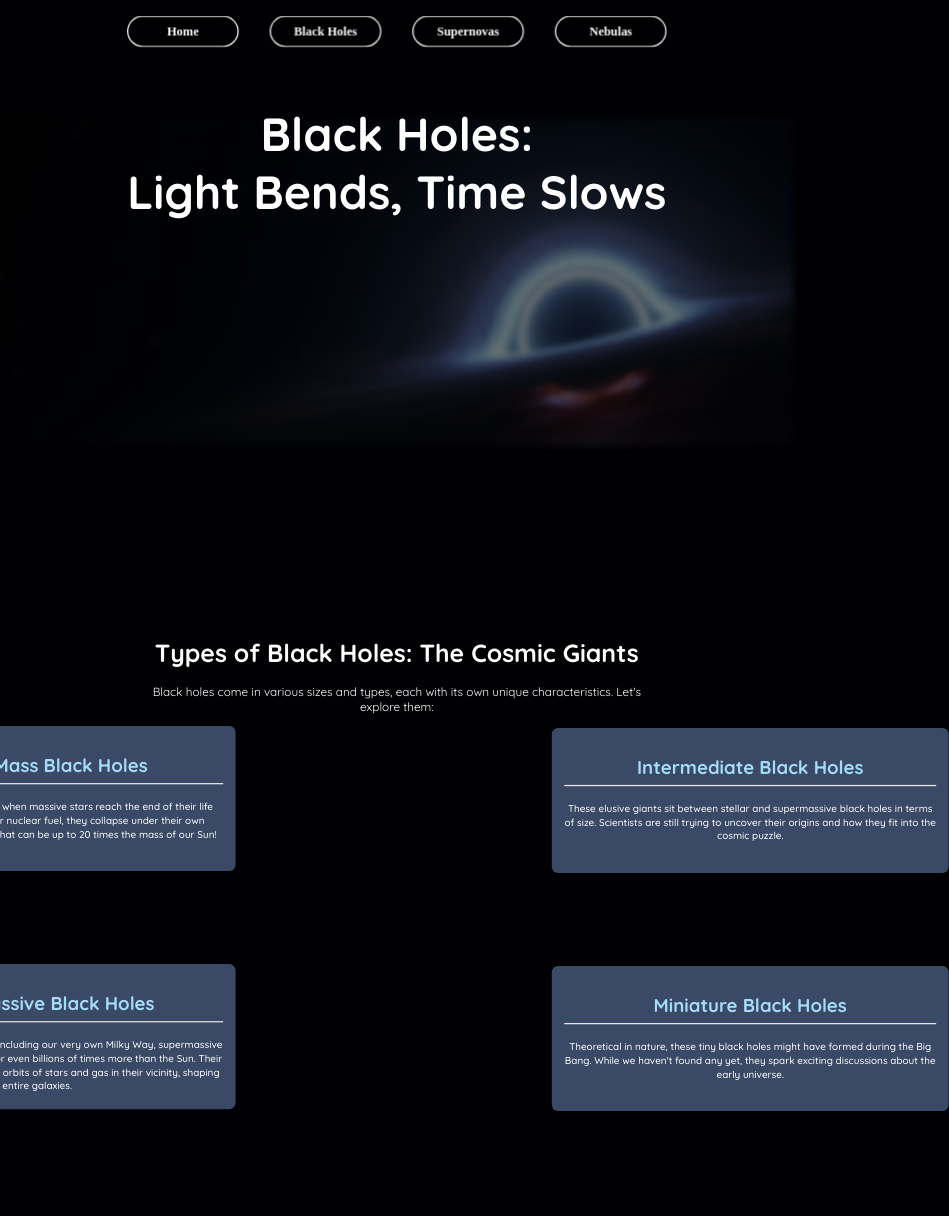
Repository: english-only/Space-Website
Page: black_hole.html
These files come from the project's save history. The page is drawn as it stood at one moment and after the next save; the edit follows.
The browser window is 1280 px wide. The page is 1530 px wide, so the pictures cover 1530 px, including what lies to the right of the window. The pictures show the whole page, at 62% of full size.
Backgrounds fixed to the window are drawn as part of the page.

Above is the page before, as saved 2025-04-14 11:46:04.

### black_hole.html
<!DOCTYPE html>
<html lang="en">
  <head>
    <meta charset="utf-8" />
    <meta http-equiv="X-UA-Compatible" content="IE=edge" />
    <title>Welcome to Space</title>
    <meta name="viewport" content="width=device-width, initial-scale=1" />
    <link rel="stylesheet" type="text/css" media="screen" href="main.css" />
  </head>
  <body>
    <div class="background-2 fade-in"></div>
    <div class="wrapper fade-in">
      <nav class="navbar fade-in">
        <a href="index.html"
          ><button class="nav-button fade-in">Home</button></a
        >
        <a href="black_hole.html"
          ><button class="nav-button fade-in">Black Holes</button></a
        >
        <a href="supernovas.html"
          ><button class="nav-button fade-in">Supernovas</button></a
        >
        <a href="nebulas.html"
          ><button class="nav-button fade-in">Nebulas</button></a
        >
      </nav>
      <div class="page-2-hero fade-in">
        <h2>Black Holes:<br />Light Bends, Time Slows</h2>
      </div>
    </div>
    <div class="container">
      <div class="stupid-text">
        <h1>Types of Black Holes: The Cosmic Giants</h1>
        <p>
          Black holes come in various sizes and types, each with its own unique
          characteristics. Let's explore them:
        </p>
      </div>

      <div class="black-hole-container">
        <div class="black-hole-type">
          <h2 class="">Stellar-Mass Black Holes</h2>
          <div class="content">
            <p>
              These incredible objects form when massive stars reach the end of
              their life cycles. After exhausting their nuclear fuel, they
              collapse under their own gravity, creating a black hole that can
              be up to 20 times the mass of our Sun!
            </p>
          </div>
        </div>
        <div class="black-hole-type">
          <h2>Supermassive Black Holes</h2>
          <div class="content">
            <p>
              Found at the heart of galaxies, including our very own Milky Way,
              supermassive black holes can weigh millions or even billions of
              times more than the Sun. Their immense gravity influences the
              orbits of stars and gas in their vicinity, shaping entire
              galaxies.
            </p>
          </div>
        </div>
        <div class="black-hole-type u-idiot intermediate">
          <h2>Intermediate Black Holes</h2>
          <div class="content">
            <p>
              These elusive giants sit between stellar and supermassive black
              holes in terms of size. Scientists are still trying to uncover
              their origins and how they fit into the cosmic puzzle.
            </p>
          </div>
        </div>
        <div class="black-hole-type u-idiot miniature">
          <h2>Miniature Black Holes</h2>
          <div class="content">
            <p>
              Theoretical in nature, these tiny black holes might have formed
              during the Big Bang. While we haven't found any yet, they spark
              exciting discussions about the early universe.
            </p>
          </div>
        </div>
      </div>
    </div>
    <script>
      const background = document.querySelector('.background-2');
      let angle = 0;
      const radiusX = 800; // Horizontal radius
      const radiusY = 160; // Vertical radius
      let isAtTop = true;

      function moveBackground() {
        if (isAtTop) {
          // Calculate new position based on angle
          const x = Math.cos(angle) * radiusX; // X position based on cosine
          const y = Math.sin(angle) * radiusY; // Y position based on sine

          // Apply the new position (starting from right side)
          background.style.backgroundPosition = `calc(100% + ${x}px) ${
            50 + y
          }px`; // Center vertically

          // Increment angle for next frame
          angle += 0.0035; // Adjust this value to change speed
        }

        requestAnimationFrame(moveBackground);
      }

      // Start the animation
      moveBackground();
    </script>
  </body>
</html>

### main.css
@import url('https://fonts.googleapis.com/css2?family=Quicksand:wght@300..700&display=swap');
@keyframes fadeIn {
  from {
    opacity: 0;
  }
  to {
    opacity: 1;
  }
}

/* Fade-in class to be used on elements */
.fade-in {
  opacity: 0; /* Start invisible */
  animation: fadeIn 1s ease-in forwards; /* Apply fade-in animation */
}
body,
html {
  /* Ensure the body and html take full height */
  height: 100%;
  margin: 0;
  font-family: 'Quicksand', sans-serif;
  font-weight: 400;
  color: white;
}

body {
  /* Set a fallback background color */
  background-color: #010104;
}

.background {
  background-attachment: fixed;
  background-image: url('essay-gettyimages-1237093074.webp');
  background-size: cover;
  background-position: center;
  background-repeat: no-repeat;
  position: fixed; /* Keep background fixed while scrolling */
  height: 100vh;
  width: 100%;
  filter: brightness(25%);
  top: 0;
  left: 0;
  z-index: -10;
}

.wrapper {
  display: flex;
  flex-direction: column;
  justify-content: flex-start; /* Align items to the top */
  align-items: center; /* Center items horizontally */
  height: 600px;
  position: relative;
  padding-top: 20px;
  opacity: 0; /* Start invisible */
  animation: fadeIn 0.5s ease-in forwards; /* Apply fade-in animation */
}

.navbar {
  display: flex;
  gap: 50px;
  margin-top: 5px; /* Adjust as needed for spacing from the top */
}

.nav-button {
  padding: 12px 20px;
  border: 2px solid white;
  background-color: rgba(0, 0, 0, 0.5);
  color: white;
  font-size: 16px;
  cursor: pointer;
  transition: background-color 0.3s, color 0.3s;
  font-family: 'Red Hat Display';
  font-weight: 600;
  font-size: 20px;
  width: 180px;
  border-radius: 800px;
  font-family: Montserrat;
}

.nav-button:hover {
  background-color: white;
  color: black;
}

.hero-text {
  color: white;
  font-size: 50px;
  font-weight: 700;
  text-align: center;
  padding: 0; /* Remove padding to minimize hover area */
  display: inline-block; /* Restrict hover area to text content */
  transition: text-shadow 0.3s ease-in-out, transform 0.3s ease-in-out; /* Smooth transition */
}

.hero-text:hover {
  text-shadow: 3px 4px 3px rgba(255, 255, 255, 0.7); /* White shadow */
  transform: translateY(-10px); /* Raised effect */
}

@keyframes fadeInOut {
  0% {
    opacity: 0.5;
  }
  50% {
    opacity: 1;
  }
  100% {
    opacity: 0.5;
  }
}

.card-wrapper {
  display: flex;
  flex-direction: column; /* Stack cards vertically */
  align-items: center; /* Center cards horizontally */
  margin-top: 50px; /* Adjusts space from the top */
}

.row {
  display: flex;
  gap: 650px; /* Space between the cards */
  justify-content: center; /* Center the row */
  align-items: flex-start; /* Align cards to the top */
}

.black_hole {
  margin-left: -100px; /* Move the Black Holes card to the left */
  width: 500px;
}

.black_hole a {
  margin-right: -450px;
}

.black_hole p {
  margin-left: 80px;
}

.cards {
  font-size: 25px;
  color: white;
  box-sizing: border-box;
  position: relative;
  top: -150px; /* Moves the element upwards */
  text-align: center;
}

.cards a {
  color: white;
  text-decoration: none;
  border: white 2px solid;
  display: inline-block;
  text-align: center;
  box-sizing: border-box;
  padding: 6px 20px;
  line-height: normal;
  transition: text-shadow 0.3s ease-in-out, transform 0.3s ease-in-out,
    background-color 0.3s ease-in-out, color 0.3s ease-in-out;
  border-radius: 600px;
}

.cards a:hover {
  text-shadow: 2px 2px 5px rgba(255, 255, 255, 0.7);
  transform: translateY(-5px);
  background-color: rgb(223, 223, 223);
  color: black;
}

.cards a h3 {
  margin: 0;
  padding: 0;
}

.cards p {
  margin-top: 15px;
  width: 800px; /* Adjust width to fit within card */
}

.cards p:hover {
  text-shadow: 2px 2px 5px rgba(255, 255, 255, 0.6);
  transform: translateY(-5px);
  transition: text-shadow 0.3s ease-in-out, transform 0.3s ease-in-out;
}

.nebula-card {
  margin-top: 100px;
}

.nebula-card a {
  justify-content: center;
  align-items: center;
  margin-left: 40px;
}

.nebula-card p {
  text-align: left;
  text-wrap: pretty;
  text-align: left; /* Align text to the left */
  width: 100%; /* Ensure the card takes the full width */
  margin-left: 100px;
  margin-right: 200px;
  max-width: 1750px;
  text-align: center; /* Align text to the center */
}

.videos {
  margin-top: 50px; /* Adjust the space below the Nebula card */
  text-align: center;
  width: 100%; /* Ensure it takes the full width */
  text-decoration: underline;
}

.videos h2 {
  position: relative; /* Ensure the text is positioned in normal flow */
  z-index: 1; /* Make sure it's above other content */
  pointer-events: auto; /* Allow text selection */
  overflow: visible; /* Ensure text is not clipped */
}

.video-links {
  display: grid;
  grid-template-columns: repeat(3, 400px); /* 3 columns, each 400px wide */
  grid-template-rows: repeat(2, 400px); /* 3 rows, each 400px tall */
  gap: 100px; /* Space between grid items */
  justify-content: center; /* Center the grid horizontally within the container */
  align-items: center; /* Center the grid items vertically */
  margin-top: -120px; /* Space above the grid (adjust this to decrease the gap) */
  margin-left: 160px;
  font-weight: 600;
}

.button-container {
  display: contents; /* Ensure buttons are placed directly in the grid */
}

.button-container a {
  display: block; /* Ensure buttons occupy full width of their grid cell */
  width: 215px; /* Full width of the grid cell */
  text-align: center;
  color: white;
  font-size: 20px;
  text-decoration: none; /* Remove underline */
  border: 2px solid white;
  padding: 8px 12px;
  border-radius: 600px;
  height: 30px;
  transition: background-color 0.3s, color 0.3s;
  margin-bottom: 10px; /* Decrease the space between the buttons and the text below */
  padding-top: 13px;
}

.button-container a:hover {
  background-color: white;
  color: black;
  font-weight: 700;
}

.images {
  display: contents; /* Ensure images are placed directly in the grid */
}

.black-hole-image,
.supernova-image,
.nebula-image {
  width: 100%; /* Full width of the grid cell */
  border: 2px solid white;
  border-radius: 20px;
  margin-top: -630px; /* Decrease the space between the images and the buttons above */
  margin-left: -10px;
}
.black-hole-image {
  transition: transform 0.3s ease-in-out;
}

.black-hole-image:hover {
  transform: scale(1.09);
}

.supernova-image {
  transition: transform 0.3s ease-in-out, opacity 1s ease-in;
}

.supernova-image:hover {
  transform: scale(1.09);
  animation: fadeIn 1s ease-in forwards;
}

.nebula-image {
  transition: transform 0.3s ease-in-out;
}

.nebula-image:hover {
  transform: scale(1.09);
}

.black-hole-image {
  width: 100%; /* Full width of the grid cell */
  border: 2px solid white;
  border-radius: 20px;
  margin-top: -630px; /* Decrease the space between the images and the buttons above */
  margin-left: -95px;
}

.supernova-image {
  width: 100%; /* Full width of the grid cell */
  border: 2px solid white;
  border-radius: 20px;
  margin-top: -630px; /* Decrease the space between the images and the buttons above */
  margin-left: -95px;
}

.nebula-image {
  height: 270px;
  width: auto;
  border: 2px solid white;
  border-radius: 20px;
  margin-top: -630px; /* Decrease the space between the images and the buttons above */
  margin-left: -125px;
}

/* page 2 from below */
.background-2 {
  background-attachment: fixed;
  background-image: url('thumb-1920-1346075.png');
  background-size: cover;
  background-position: 300px;
  background-repeat: no-repeat;
  position: fixed; /* Keep background fixed while scrolling */
  height: 100vh;
  width: 100%;
  z-index: -1; /* Place the background behind other content */
  filter: blur(5px) brightness(45%);
}

.page-2-hero {
  color: white;
  font-size: 50px;
  font-weight: 700;
  text-align: center;
  padding: 0; /* Remove padding to minimize hover area */
  display: inline-block; /* Restrict hover area to text content */
  transition: text-shadow 0.3s ease-in-out, transform 0.3s ease-in-out; /* Smooth transition */
}

.page-2-hero h2 {
  padding-top: 30px;
}

.page-2-hero:hover {
  text-shadow: 3px 4px 3px rgba(255, 255, 255, 0.7); /* White shadow */
  transform: translateY(-10px); /* Raised effect */
}

.container {
  max-width: 800px;
  margin: 0 auto;
  padding: 20px 0 20px 0;
  padding-bottom: 20px;
  text-align: center;
  margin-top: 360px;
}

.stupid-text {
  color: white;
}

.stupid-text p {
  font-size: 19px;
}

.stupid-text h1 {
  font-size: 40px;
  text-wrap: nowrap;
  text-decoration: ;
}

.stupid-text:hover {
  cursor: auto;
}

h1 {
  text-align: center;
  color: #ffffff;
}

.black-hole-type {
  background-color: #89aae96d;
  border-radius: 10px;
  padding: 20px;
  margin-bottom: 30px;
  box-shadow: 0 4px 6px rgba(0, 0, 0, 0.1);
  transition: transform 0.3s ease;
  max-width: 600px;
  margin-bottom: 150px;
  height: 194px;
  margin-left: 100px;
}

.black-hole-type:hover {
  transform: scale(1.02);
}

.content {
  align-items: baseline;
  gap: 20px;
  font-weight: 500;
  line-height: 22px;
  font-size: 16px;
}

.black-hole-type h2 {
  color: #a4dbf9;
  border-bottom: 2px solid #e5e5e5;
  padding-bottom: 10px;
  font-size: 30px;
}

.u-idiot {
  margin-left: 1250px;
  min-width: 600px;
}

.intermediate {
  margin-top: -765px;
  padding: 20px;
}

.black-hole-container {
  margin-left: -600px;
}

.black-hole-type {
  animation: fadeIn 1s ease-in;
}

@keyframes fadeIn {
  from {
    opacity: 0;
  }
  to {
    opacity: 1;
  }
}

@media (max-width: 600px) {
  .content {
    flex-direction: column;
  }
}

@keyframes fadeIn {
  from {
    opacity: 0;
  }
  to {
    opacity: 1;
  }
}

After the next save:
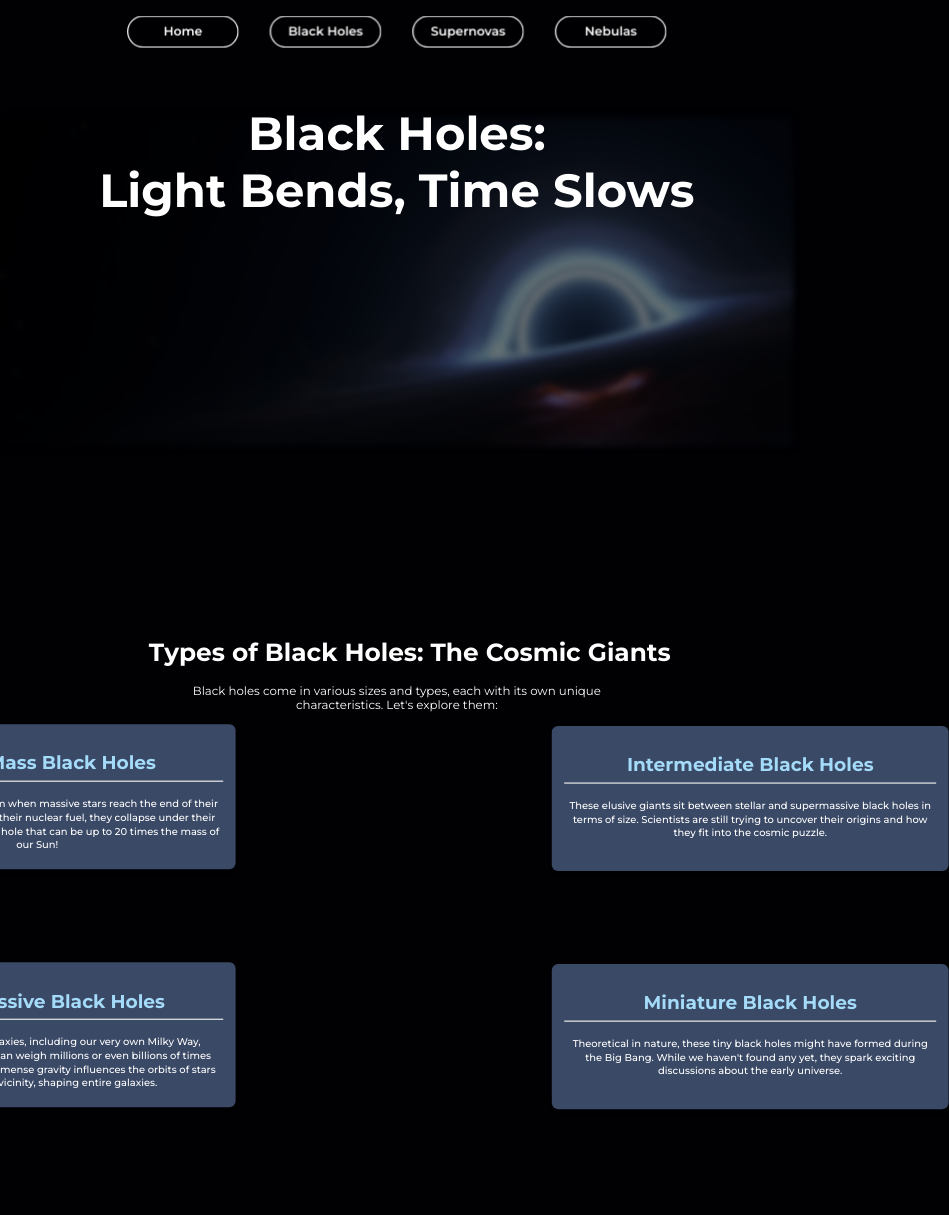
Saved 30 s later.
--- a/main.css
+++ b/main.css
@@ -1,4 +1,4 @@
-@import url('https://fonts.googleapis.com/css2?family=Quicksand:wght@300..700&display=swap');
+@import url('https://fonts.googleapis.com/css2?family=Montserrat:ital,wght@0,100..900;1,100..900&display=swap');
 @keyframes fadeIn {
   from {
     opacity: 0;
@@ -7,6 +7,8 @@
     opacity: 1;
   }
 }
+
+@import url('https://fonts.googleapis.com/css2?family=Quicksand:wght@300..700&display=swap');
 
 /* Fade-in class to be used on elements */
 .fade-in {
@@ -18,7 +20,7 @@ html {
   /* Ensure the body and html take full height */
   height: 100%;
   margin: 0;
-  font-family: 'Quicksand', sans-serif;
+  font-family: 'Montserrat';
   font-weight: 400;
   color: white;
 }
